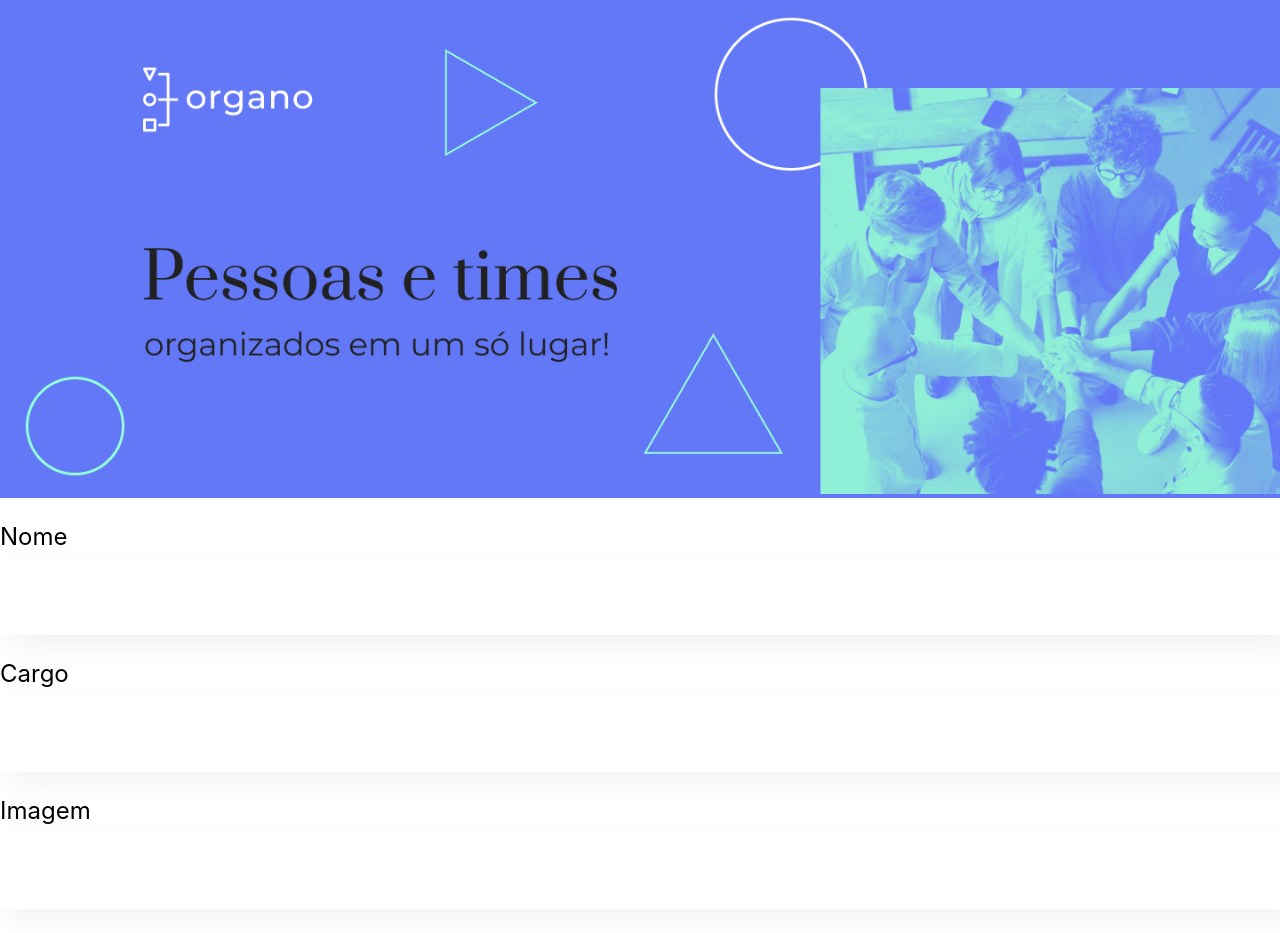
Repository: humbertobrasileiro/organo
Page: /
The author's editor kept a copy of each file at every save. The page is drawn from the files as they stood at one save, then again after the next save.
The browser window is 1280 px wide. The pictures show the whole page.
The project was rebuilt for these pictures with package versions that can differ from the ones it lists, and the page was loaded fresh each time.

Above is the page before, as saved 2025-01-23 08:23:02.

After the next save:
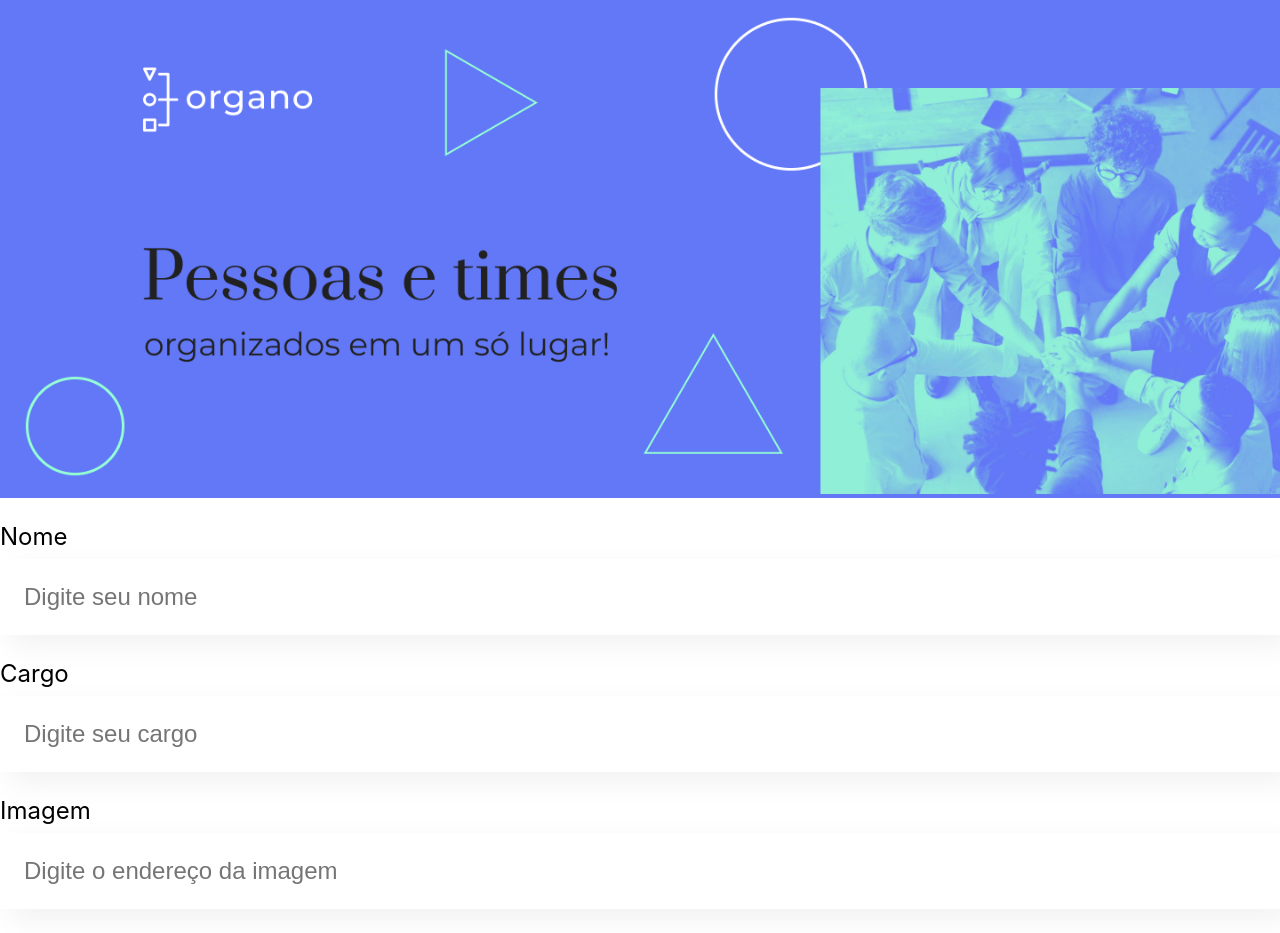
Saved 75 s later.
--- a/src/App.js
+++ b/src/App.js
@@ -5,9 +5,9 @@ function App() {
   return (
     <div className="App">
       <Banner />
-      <CampoTexto label="Nome"/>
-      <CampoTexto label="Cargo"/>
-      <CampoTexto label="Imagem"/>
+      <CampoTexto label="Nome" placeholder="Digite seu nome"/>
+      <CampoTexto label="Cargo" placeholder="Digite seu cargo"/>
+      <CampoTexto label="Imagem" placeholder="Digite o endereço da imagem"/>
   </div>
   );
 }
